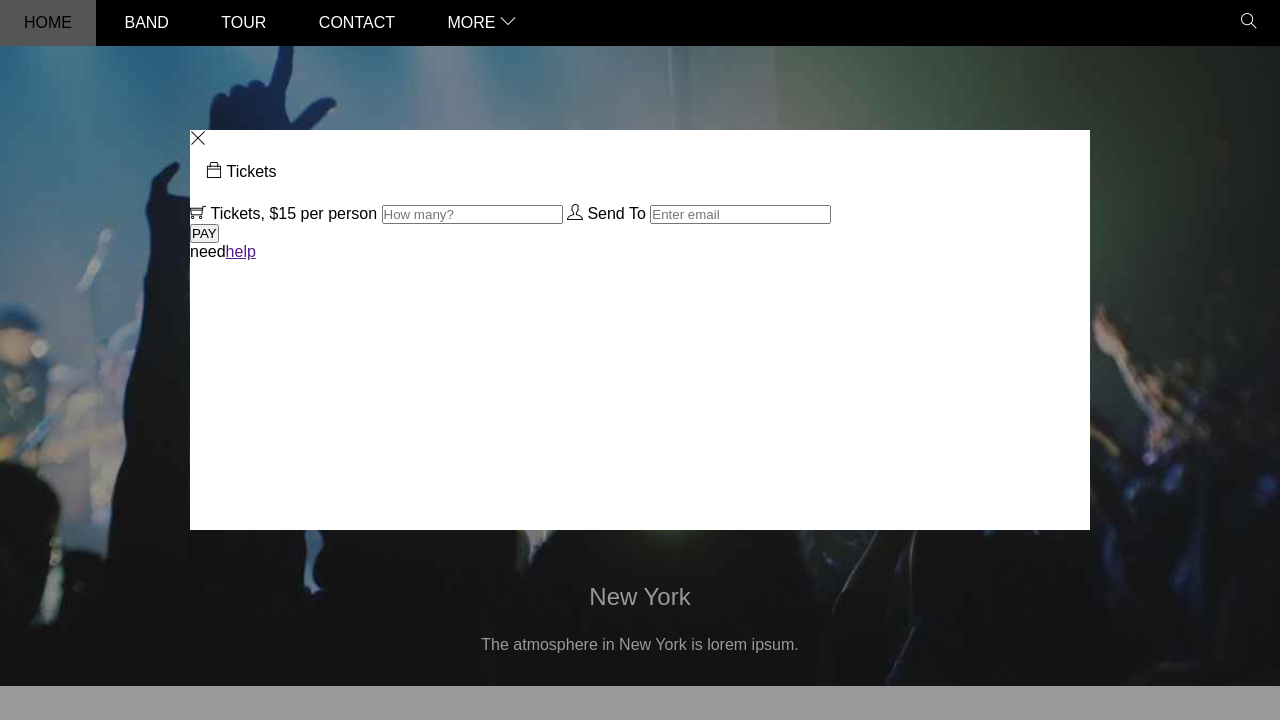
Repository: tung1233hhhhhhhhhhhhh/Website
Page: w3_band/index.html
An editor plug-in stored every save of this project. The page is shown before and after the next save, followed by the edit.
The browser window is 1280 px wide. The pictures show the window.
A layer covers the whole window, so only the first screen is drawn.

Above is the page before, as saved 2023-02-18 21:18:33.

After the next save:
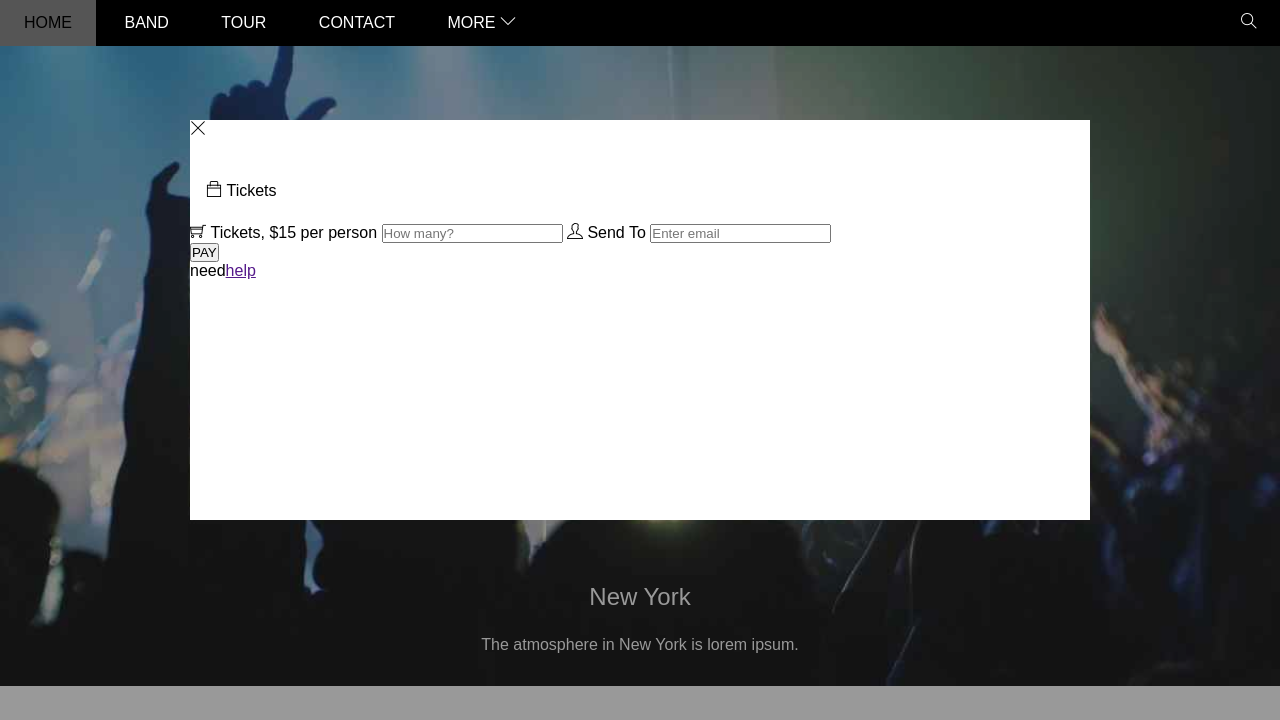
Saved 7 s later.
--- a/w3_band/assets/css/style.css
+++ b/w3_band/assets/css/style.css
@@ -393,9 +393,9 @@
     position: relative;
 }
 
-.modal .modal-container .modal-close {
+/* .modal .modal-container .modal-close {
     position: absolute;
-}
+} */
 
 .modal header {
     width: 100%;
